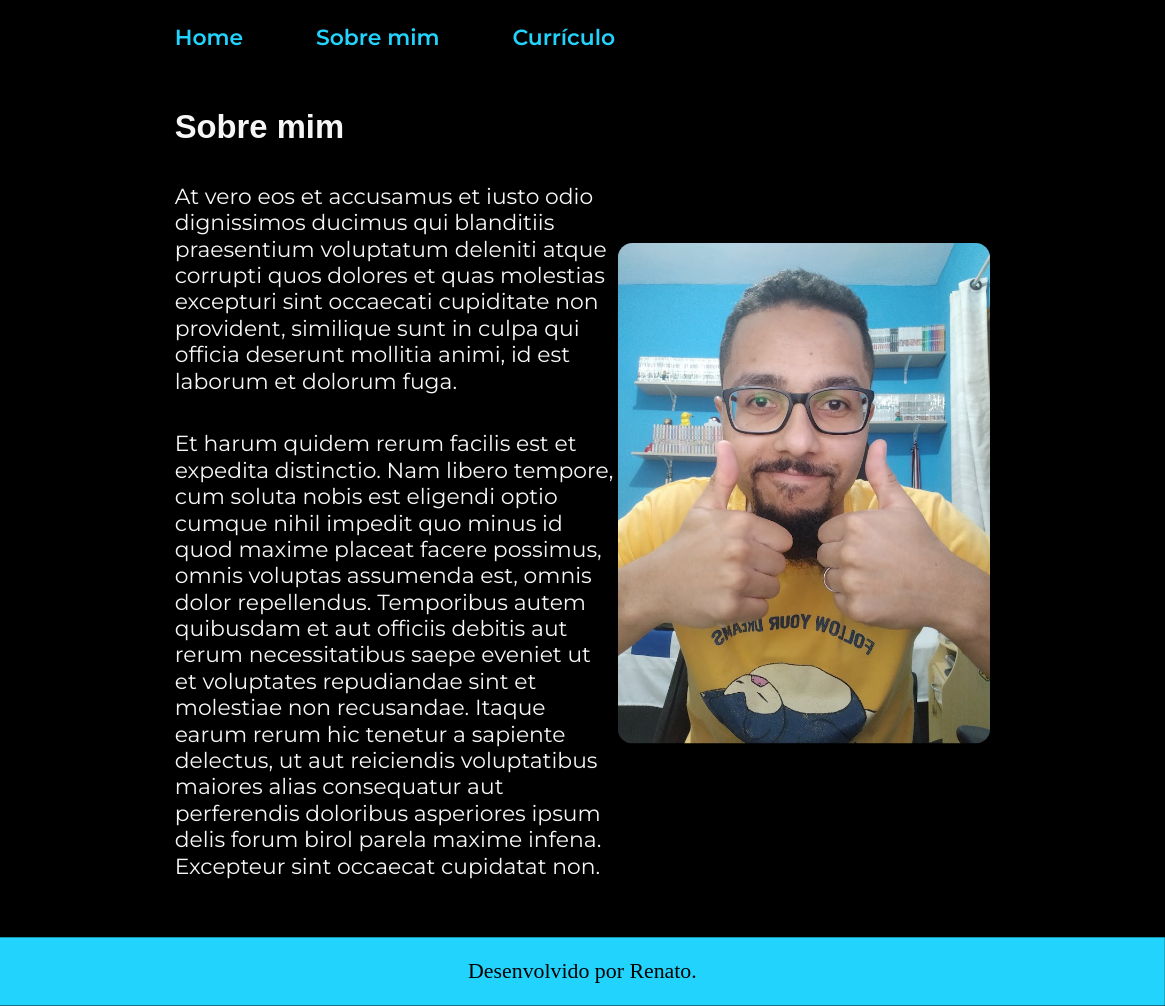
Repository: RenatoCCS/Portfolio_Alura
Page: about.html
An editor plug-in stored every save of this project. The page is shown before and after the next save, followed by the edit.
The browser window is 1280 px wide. The pictures show the whole page, at 91% of full size.
Some web fonts or font styles are not loaded; a fallback is used.

Above is the page before, as saved 2023-03-06 21:11:29.

### about.html
<!DOCTYPE html>
<html lang="pt-br">
  <head>
    <meta charset="UTF-8" />
    <meta http-equiv="X-UA-Compatible" content="IE=edge" />
    <meta name="viewport" content="width=device-width, initial-scale=1.0" />
    <title>Sobre mim</title>
    <link rel="stylesheet" href="./styles/style.css" />
  </head>

  <body>
    <header class="cabecalho">
      <nav class="cabecalho__menu">
        <a class="cabecalho__menu__link" href="index.html">Home</a>
        <a class="cabecalho__menu__link" href="about.html">Sobre mim</a>
        <a class="cabecalho__menu__link" href="curriculo.html">Currículo</a>
      </nav>
    </header>

    <main class="apresentacao">
      <section class="apresentacao__conteudo">
        <h1 class="apresentacao__conteudo__titulo">Sobre mim</h1>
        <p class="apresentacao__conteudo__texto">
          At vero eos et accusamus et iusto odio dignissimos ducimus qui
          blanditiis praesentium voluptatum deleniti atque corrupti quos dolores
          et quas molestias excepturi sint occaecati cupiditate non provident,
          similique sunt in culpa qui officia deserunt mollitia animi, id est
          laborum et dolorum fuga.
        </p>
        <p class="apresentacao__conteudo__texto">
          Et harum quidem rerum facilis est et expedita distinctio. Nam libero
          tempore, cum soluta nobis est eligendi optio cumque nihil impedit quo
          minus id quod maxime placeat facere possimus, omnis voluptas assumenda
          est, omnis dolor repellendus. Temporibus autem quibusdam et aut
          officiis debitis aut rerum necessitatibus saepe eveniet ut et
          voluptates repudiandae sint et molestiae non recusandae. Itaque earum
          rerum hic tenetur a sapiente delectus, ut aut reiciendis voluptatibus
          maiores alias consequatur aut perferendis doloribus asperiores ipsum
          delis forum birol parela maxime infena. Excepteur sint occaecat
          cupidatat non.
        </p>
      </section>
      <img
        class="apresentacao__foto"
        src="./assets/renato.jpg"
        alt="Renato fazendo sinal de positivo com ambas as mãos"
      />
    </main>

    <footer class="rodape"><p>Desenvolvido por Renato.</p></footer>
  </body>
</html>

### styles/style.css
@import url('https://fonts.googleapis.com/css2?family=Krona+One&family=Montserrat:wght@400;600&display=swap');

:root {
  --cor-primaria: #000000;
  --cor-secundaria: #f6f6f6;
  --cor-terciaria: #22d4fd;
  --cor-hover: #272727;

  --fonte-primaria: 'Krona One', sans-serif;
  --fonte-secundaria: 'Montserrat', sans-serif;
}

* {
  margin: 0;
  padding: 0;
}

body {
  /* height: 100vh; */
  box-sizing: border-box;
  background-color: var(--cor-primaria);
  color: var(--cor-secundaria);
}

.cabecalho {
  padding: 2% 0% 0% 15%;
}

.cabecalho__menu {
  display: flex;
  gap: 80px;
}

.cabecalho__menu__link {
  font-family: 'Montserrat', sans-serif;
  font-size: 24px;
  font-weight: 600;
  color: var(--cor-terciaria);
  text-decoration: none;
}

.apresentacao {
  padding: 5% 15%;
  display: flex;
  align-items: center;
  justify-content: space-between;
}

.apresentacao__conteudo {
  width: 615px;
  display: flex;
  flex-direction: column;
  gap: 40px;
}

.apresentacao__conteudo__titulo {
  font-size: 36px;
  font-family: 'Krona One', sans-serif;
}

.titulo-destaque {
  color: var(--cor-terciaria);
}

.apresentacao__conteudo__texto {
  font-size: 24px;
  font-family: 'Montserrat', sans-serif;
}

.apresentacao__conteudo__texto a {
  text-decoration: none;
  color: var(--cor-terciaria);
}

.apresentacao__links {
  display: flex;
  flex-direction: column;
  justify-content: space-between;
  align-items: center;
  gap: 32px;
}

.apresentacao__links__subtitulo {
  font-family: 'Krona One', sans-serif;
  font-weight: 400;
  font-size: 24px;
}

.apresentacao__links__link {
  /* background-color: #22d4fd; foi trocado o estilo*/
  display: flex;
  justify-content: center;
  gap: 16px;
  border: 2px solid var(--cor-terciaria);
  width: 378px;
  text-align: center;
  border-radius: 8px;
  font-size: 24px;
  font-weight: 600;
  padding: 21.5px 0;
  text-decoration: none;
  color: var(--cor-secundaria);
  font-family: 'Montserrat', sans-serif;
}

.apresentacao__links__link:hover {
  background-color: var(--cor-hover);
}

/*Utilizei minha foto e fui adaptando de acordo com o tamanho da outra foto*/
.apresentacao__foto {
  height: 550px;
  width: 490px;
  left: 1032px;
  top: 253px;
  border-radius: 16px;
}

.rodape {
  padding: 24px;
  color: var(--cor-primaria);
  background-color: var(--cor-terciaria);
  text-align: center;
  font-family: 'Montserrat' sans-serif;
  font-size: 24px;
  font-weight: 400;
}

After the next save:
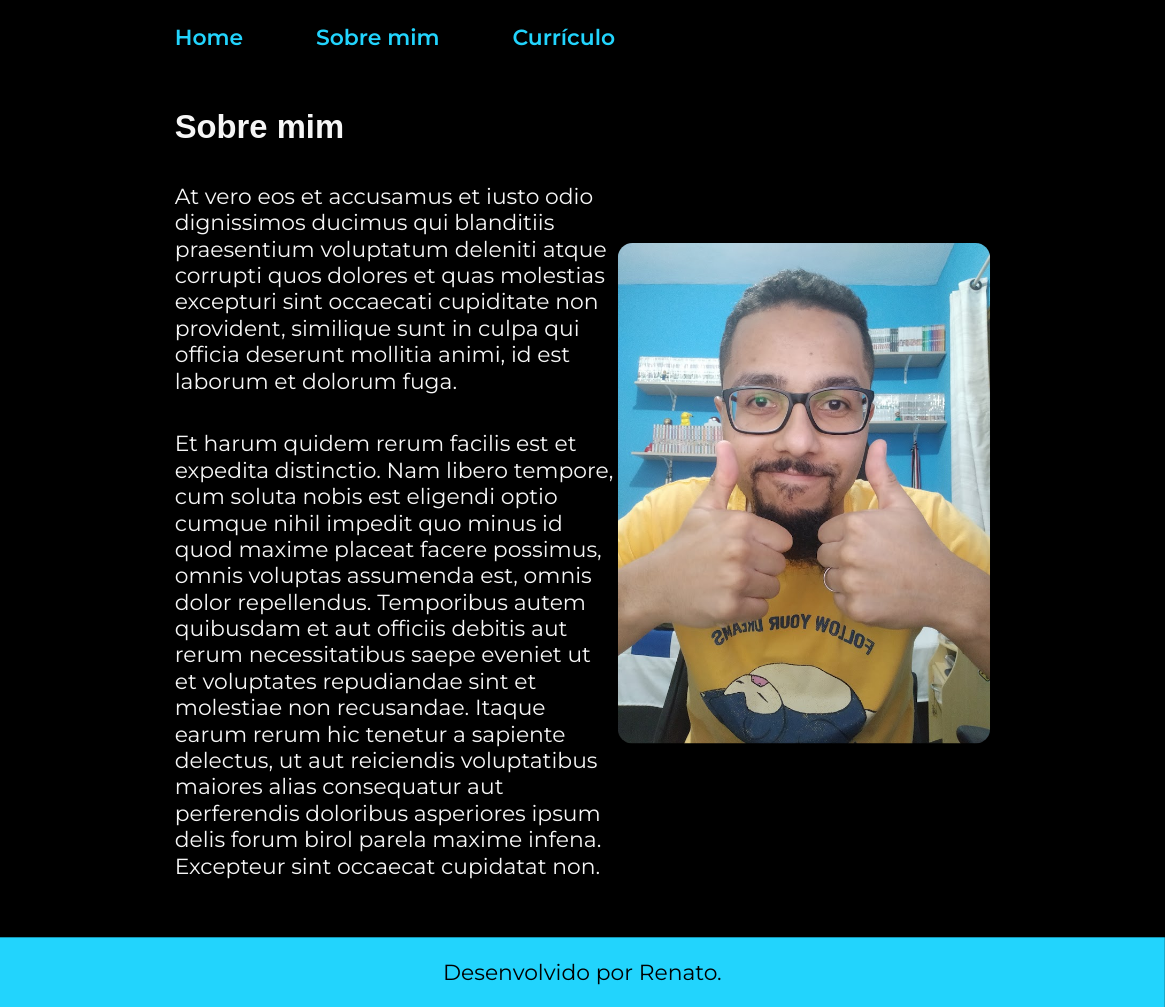
Saved 85 s later.
--- a/styles/style.css
+++ b/styles/style.css
@@ -32,7 +32,7 @@ body {
 }
 
 .cabecalho__menu__link {
-  font-family: 'Montserrat', sans-serif;
+  font-family: var(--fonte-secundaria);
   font-size: 24px;
   font-weight: 600;
   color: var(--cor-terciaria);
@@ -55,7 +55,7 @@ body {
 
 .apresentacao__conteudo__titulo {
   font-size: 36px;
-  font-family: 'Krona One', sans-serif;
+  font-family: var(--fonte-primaria);
 }
 
 .titulo-destaque {
@@ -64,7 +64,7 @@ body {
 
 .apresentacao__conteudo__texto {
   font-size: 24px;
-  font-family: 'Montserrat', sans-serif;
+  font-family: var(--fonte-secundaria);
 }
 
 .apresentacao__conteudo__texto a {
@@ -81,7 +81,7 @@ body {
 }
 
 .apresentacao__links__subtitulo {
-  font-family: 'Krona One', sans-serif;
+  font-family: var(--fonte-primaria);
   font-weight: 400;
   font-size: 24px;
 }
@@ -100,7 +100,7 @@ body {
   padding: 21.5px 0;
   text-decoration: none;
   color: var(--cor-secundaria);
-  font-family: 'Montserrat', sans-serif;
+  font-family: var(--fonte-secundaria);
 }
 
 .apresentacao__links__link:hover {
@@ -121,7 +121,7 @@ body {
   color: var(--cor-primaria);
   background-color: var(--cor-terciaria);
   text-align: center;
-  font-family: 'Montserrat' sans-serif;
+  font-family: var(--fonte-secundaria);
   font-size: 24px;
   font-weight: 400;
 }
